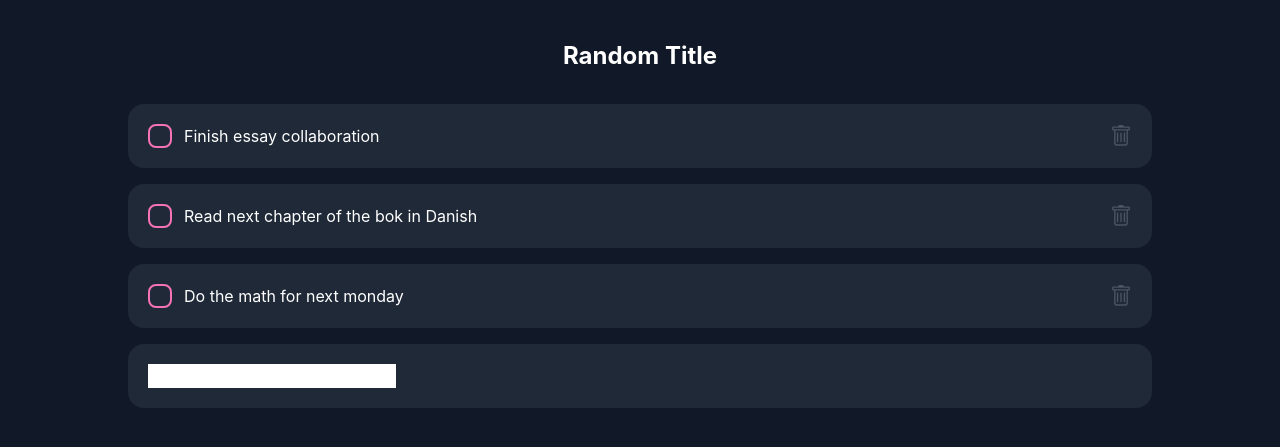
Repository: VachArt/react-exam-work
Page: /about
These files come from the project's save history. The page is drawn as it stood at one moment and after the next save; the edit follows.
The browser window is 1280 px wide. The pictures show the whole page.
The project was rebuilt for these pictures with package versions that can differ from the ones it lists, and the page was loaded fresh each time.

Above is the page before, as saved 2022-04-27 22:24:42.

After the next save:
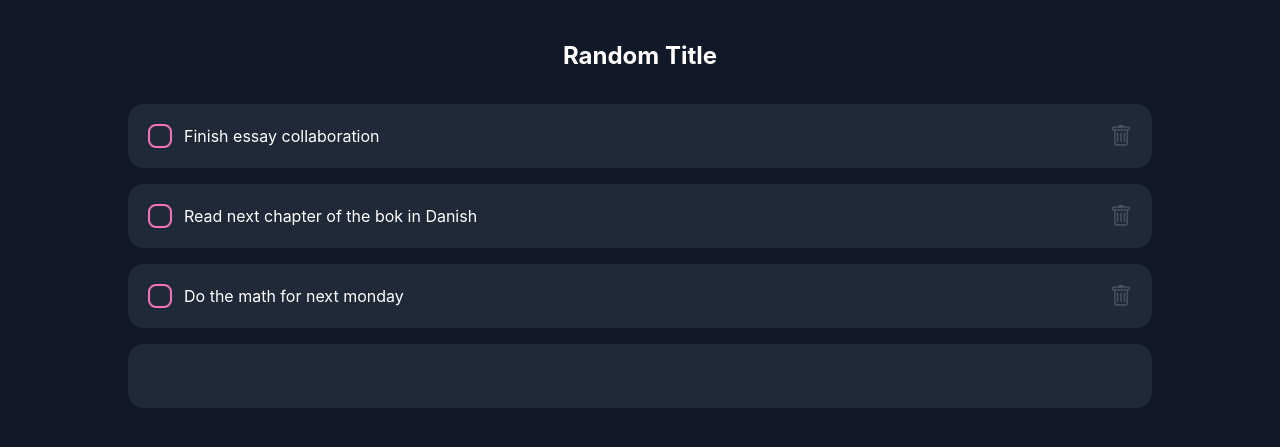
Saved 83 s later.
--- a/src/components/pages/Home/create-todo-field/CreateTodoField.jsx
+++ b/src/components/pages/Home/create-todo-field/CreateTodoField.jsx
@@ -10,6 +10,7 @@ const CreateTodoField = ({addTodo}) => {
                 onChange={e => setTitle(e.target.value)}
                 value={title}
                 onKeyPress={e => e.key === 'Enter' && addTodo(title)}
+                className='bg-transparent w-full'
             />
         </div>
     )
